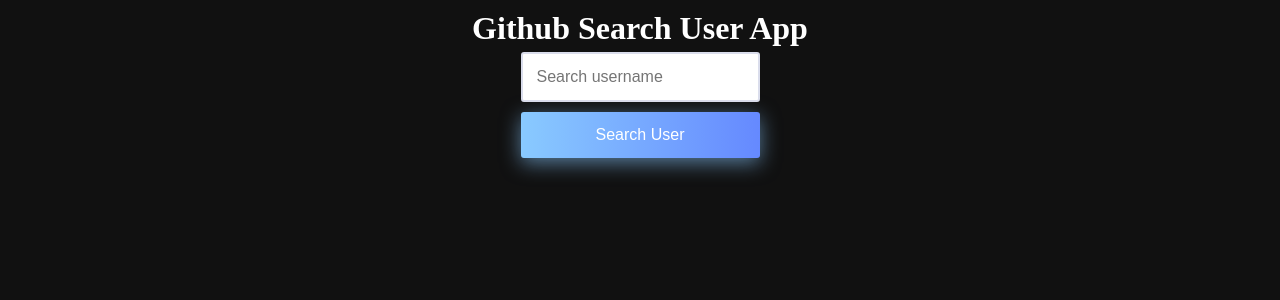
Repository: solox-cyber/Github-search-user
Page: index.html
The author's editor kept a copy of each file at every save. The page is drawn from the files as they stood at one save, then again after the next save.
The browser window is 1280 px wide. The pictures show the whole page.

Above is the page before, as saved 2023-03-25 18:58:09.

After the next save:
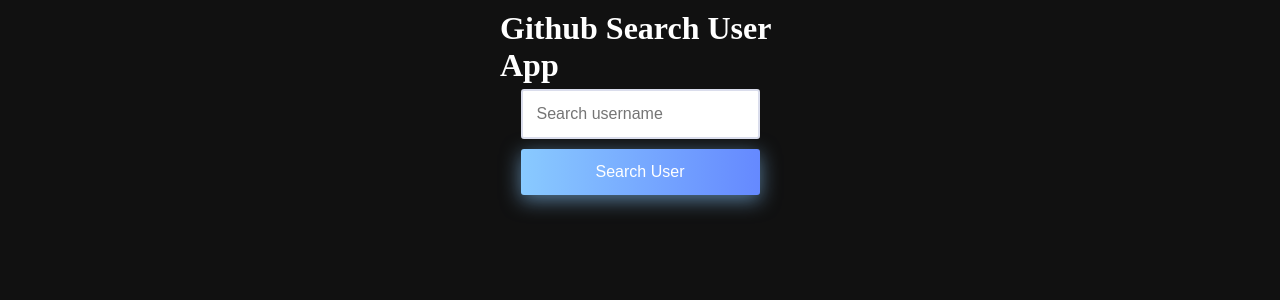
Saved 7 s later.
--- a/style.css
+++ b/style.css
@@ -15,7 +15,7 @@
     flex-direction: column;
     justify-content:center;
     align-items:center;
-    padding: 10px 100px;
+    padding: 10px 500px;
 }
 
 input,

After the save that followed:
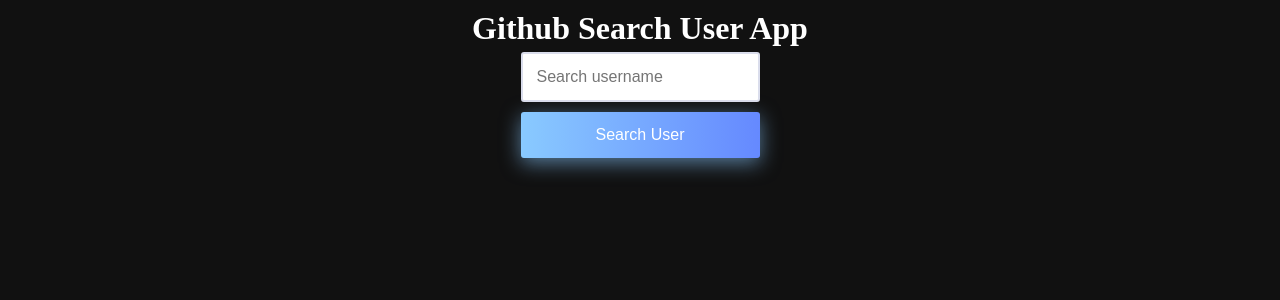
Saved 8 s later.
--- a/style.css
+++ b/style.css
@@ -15,7 +15,7 @@
     flex-direction: column;
     justify-content:center;
     align-items:center;
-    padding: 10px 500px;
+    padding: 10px 10px;
 }
 
 input,
